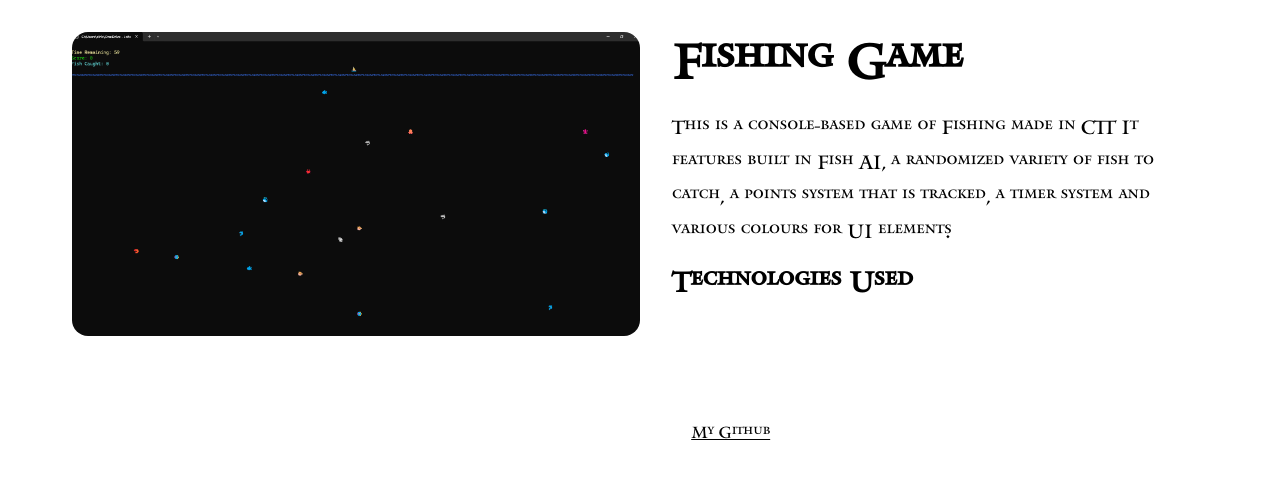
Repository: danielchohan/danielchohan
Page: pages/fishing.html
These files come from the project's save history. The page is drawn as it stood at one moment and after the next save; the edit follows.
The browser window is 1280 px wide. The pictures show the whole page.

Above is the page before, as saved 2026-05-08 19:38:37.

After the next save:
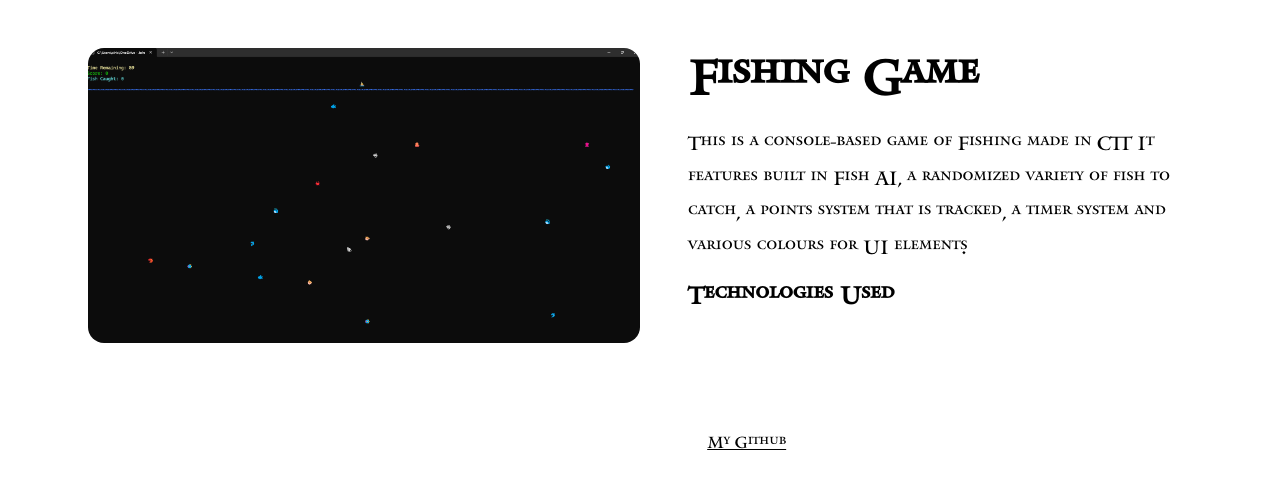
Saved 81 s later.
--- a/styles/projectcard.css
+++ b/styles/projectcard.css
@@ -62,35 +62,33 @@
 @media(min-width: 768px){
     .projectcard{
         flex-direction:row;
-        alignt-items:flex-start;
+        align-items:flex-start;
         padding:2rem;
         gap:2rem;
     }
+    .projectcard img{
+        width:45%;
+        max-height:none;
+    }
+    .projectinfo{
+        width:55%;
+    }
     .projectinfo h1{
-        font-size:2.5rem;
         color:black;
     }
     .projectinfo p{
-        font-size:1.2rem;
         color:black;
     }
     .projectinfo h2{
-        font-size:1.75rem;
         color:black;
     }
 }
 
 @media (min-width:1024px) {
     .projectcard{
-        flex-direction: row;
-        align-items:flex-start;
+      padding:3rem;
+        gap:3rem;
     }
-
-    .projectinfo h1{
-        font-size:3rem;
-        color:black;
-    }
-
     .projectcard img{
         width:50%;
     }
